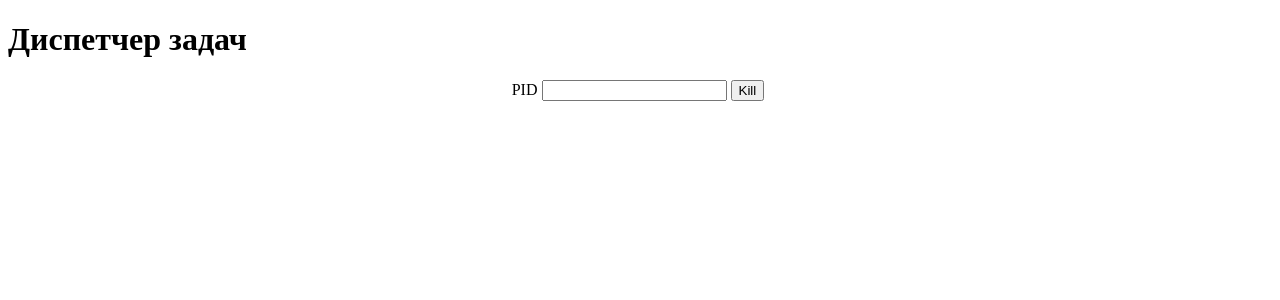
Repository: Predkor/OC
Page: index.html
The author's editor kept a copy of each file at every save. The page is drawn from the files as they stood at one save, then again after the next save.
The browser window is 1280 px wide. The pictures show the whole page.
The page's requests for data from a server got no answer.

Above is the page before, as saved 2024-09-25 16:07:52.

After the next save:
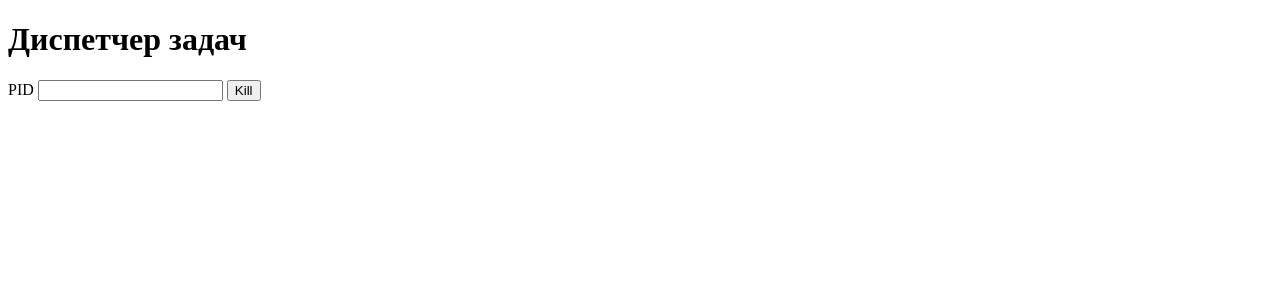
Saved 10 s later.
--- a/index.html
+++ b/index.html
@@ -25,9 +25,7 @@
 
     <style>
         .process {
-            min-width: 100vh;
-            display: flex;
-            justify-content: center;
+
         }
     </style>
 
